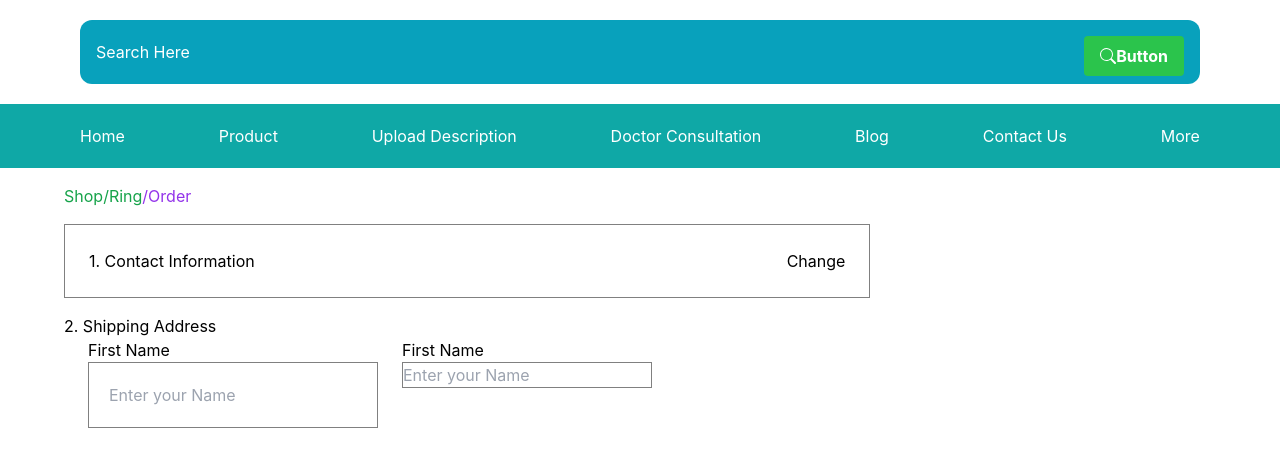
Repository: arafatmollah/form-pharma
Page: /
These files come from the project's save history. The page is drawn as it stood at one moment and after a run of saves; the edit follows.
The browser window is 1280 px wide. The pictures show the whole page.
The project was rebuilt for these pictures with package versions that can differ from the ones it lists, and the page was loaded fresh each time.

Above is the page before, as saved 2023-03-14 23:48:20.

### src/index.js


import React from 'react';
import ReactDOM from 'react-dom/client';
import './index.css';
import App from './App';
import reportWebVitals from './reportWebVitals';

const root = ReactDOM.createRoot(document.getElementById('root'));
root.render(
  <React.StrictMode>
    <App />
  </React.StrictMode>
);

// If you want to start measuring performance in your app, pass a function
// to log results (for example: reportWebVitals(console.log))
// or send to an analytics endpoint. Learn more: https://bit.ly/CRA-vitals
reportWebVitals();

### src/App.js

import './App.css';
import Nav from './Nav';
import Form from './Form';

function App() {
  return (
    <div className="App">
     <Nav></Nav>
     <Form></Form>
    </div>
  );
}

export default App;

### src/App.css
.box-border{
  background-color: #08A1BC;
}
.btn {
  @apply font-bold py-2 px-4 rounded;
  background-color: #2BC44C;
  color: white;
}
.btn-blue {
  @apply bg-blue-500 text-white;
}
.btn-blue:hover {
  @apply bg-blue-700;
}
.nav{
  background-color: #0FA8A6;
}
.info{
  width: 70%;
  border: 1px solid gray;
}
.input{
  border: 1px solid gray;
}

### src/Nav.js
import React from 'react'
import './App.css';
import { BsSearch } from 'react-icons/bs';

function Nav() {
  return (
    <div>
        <div className='box-border h-16 w-100 p-4 mx-20 my-5 rounded-xl'>
          <div className='flex justify-between align-middle'>
                <p className='text-white mt-1'>Search Here</p>
                <button className="btn mb-1 py-2 flex items-center justify-between"><BsSearch></BsSearch> Button</button>
          </div>
        </div>
        <div className='box-border h-16 w-100 nav'>
            <div className='flex mx-20 items-center justify-between text-white'>
            <div className='mt-5'>Home</div>
            <div className='mt-5'> Product</div>
            <div className='mt-5'>Upload Description</div>
            <div className='mt-5'>Doctor Consultation</div>
            <div className='mt-5'>Blog</div>
            <div className='mt-5'>Contact Us</div>
            <div className='mt-5'>More</div>
            </div>
        </div>
    </div>
  )
}

export default Nav

### src/Form.js
import React from 'react'

function form() {
  return (
    <div>
        <div className='mx-16'>
            <div className='flex my-4'>
                <p className='text-green-600'>Shop</p>
                <p className='text-green-600'> /Ring</p>
                <p className='text-purple-600'>/Order</p>
            </div>
            <div>
            <div className='info p-6 flex justify-between'>
              <p>1. Contact Information</p>
              <p>Change </p>
            </div>
            <div className='my-4'>
              <p>2. Shipping Address</p>
              <form>
               <div className='flex'>
               <div className='mx-6'>
                <label>First Name</label> <br></br>
                <input className='input p-5' type='text' placeholder="Enter your Name"></input>
                </div>
                <div>
                <label>First Name</label> <br></br>
                <input className='input' type='text' placeholder="Enter your Name"></input>
                </div>
               </div>
              </form>
            </div>
            </div>
        </div>
    </div>
  )
}

export default form

Loaded but not shown: public/index.html (common file); src/index.css (common file); src/reportWebVitals.js (common file); tailwind.config.js (common file)

After the next 2 saves:
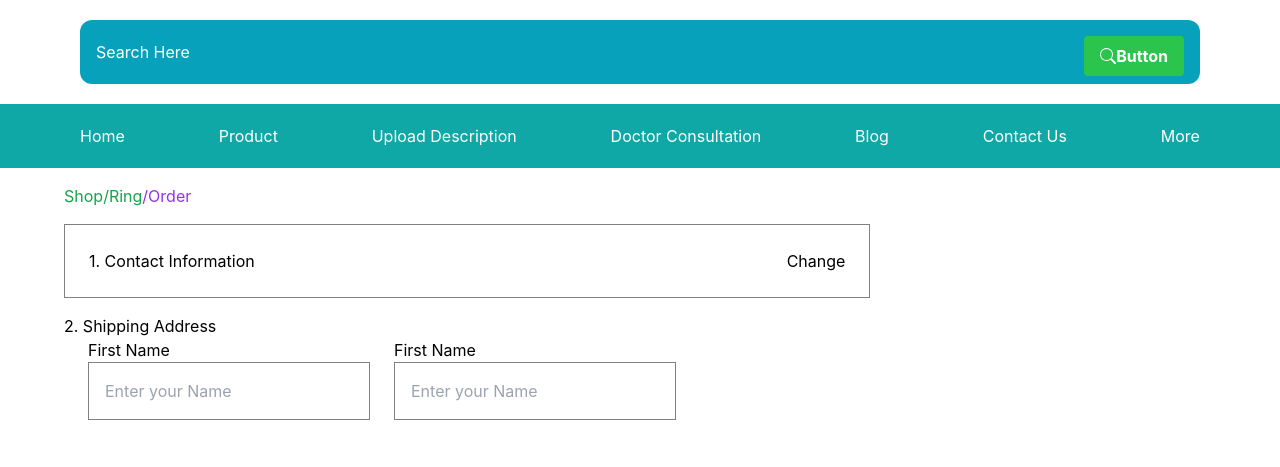
The 2 saves are shown as one change because they came seconds apart.
The last was saved 14 s later.
--- a/src/Form.js
+++ b/src/Form.js
@@ -20,11 +20,11 @@ function form() {
                <div className='flex'>
                <div className='mx-6'>
                 <label>First Name</label> <br></br>
-                <input className='input p-5' type='text' placeholder="Enter your Name"></input>
+                <input className='input p-4' type='text' placeholder="Enter your Name"></input>
                 </div>
                 <div>
                 <label>First Name</label> <br></br>
-                <input className='input' type='text' placeholder="Enter your Name"></input>
+                <input className='input p-4' type='text' placeholder="Enter your Name"></input>
                 </div>
                </div>
               </form>
